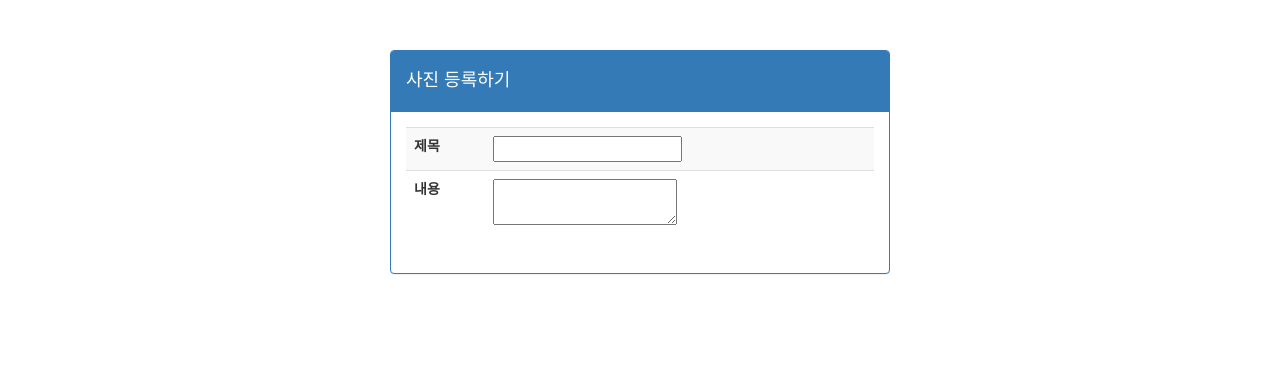
Repository: simDev1234/WebStudy
Page: http://localhost/2022_0607_PhotoGallery/photo/insert_form.do
An editor plug-in stored every save of this project. The page is shown before and after the next save, followed by the edit.
The browser window is 1280 px wide. The pictures show the whole page.
The page is served by Tomcat 9.

Above is the page before, as saved 2022-06-08 02:58:08.

After the next save:
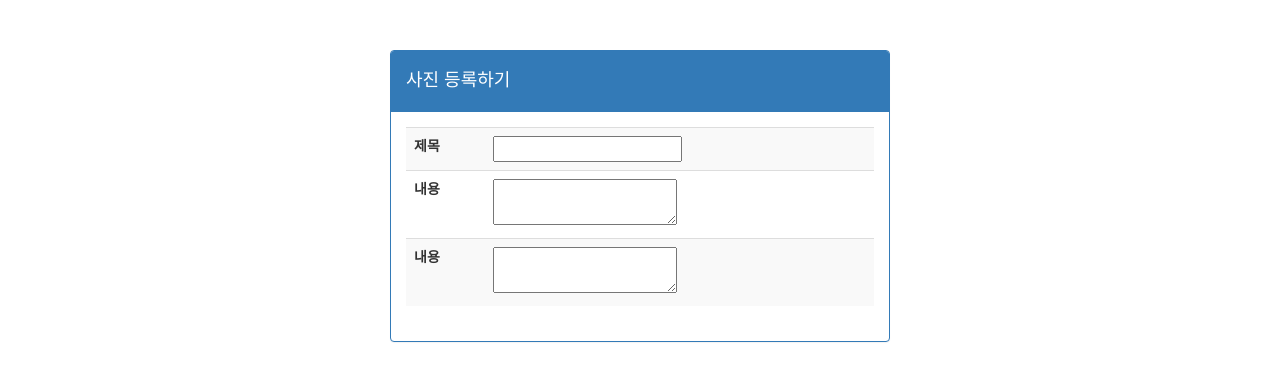
Saved 5 s later.
--- a/_01_상반기_WebStudy/2022_0607_PhotoGallery/src/main/webapp/photo/photo_insert_form.jsp
+++ b/_01_상반기_WebStudy/2022_0607_PhotoGallery/src/main/webapp/photo/photo_insert_form.jsp
@@ -31,6 +31,10 @@
 	                <th>내용</th>
 	                <td><textarea name = "p_content"></textarea></td>
 	              </tr>
+	              <tr>
+	                <th>내용</th>
+	                <td><textarea name = "p_content"></textarea></td>
+	              </tr>
 	          </table>
 	       </div>
 	     </div>
